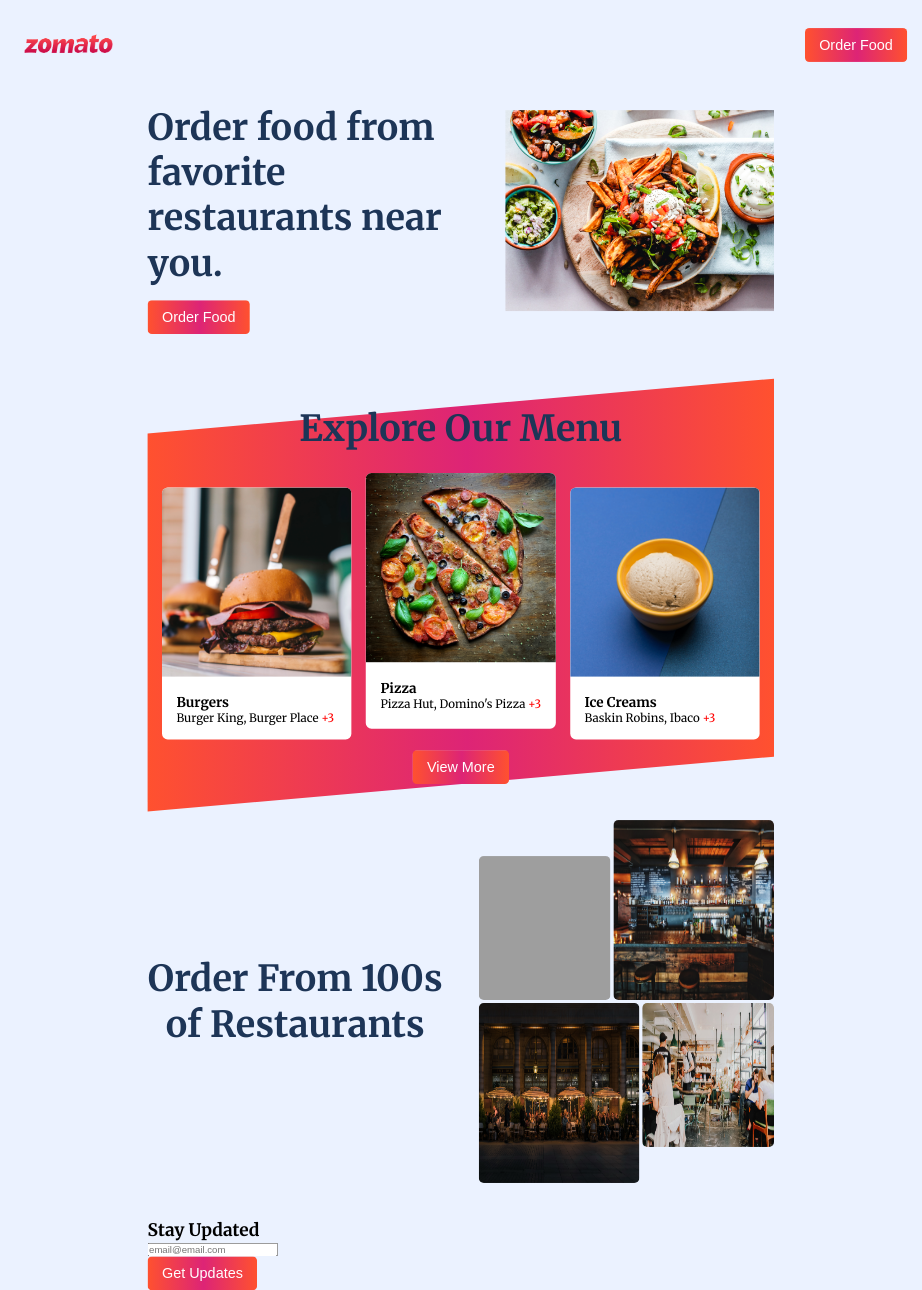
Repository: srush-shah/LandingPage-Project-ShapeAI
Page: index.html
The author's editor kept a copy of each file at every save. The page is drawn from the files as they stood at one save, then again after the next save.
The browser window is 1280 px wide. The pictures show the whole page, at 72% of full size.
Pictures or frames that could not be fetched are drawn as grey boxes.

Above is the page before, as saved 2021-09-21 18:16:12.

After the next save:
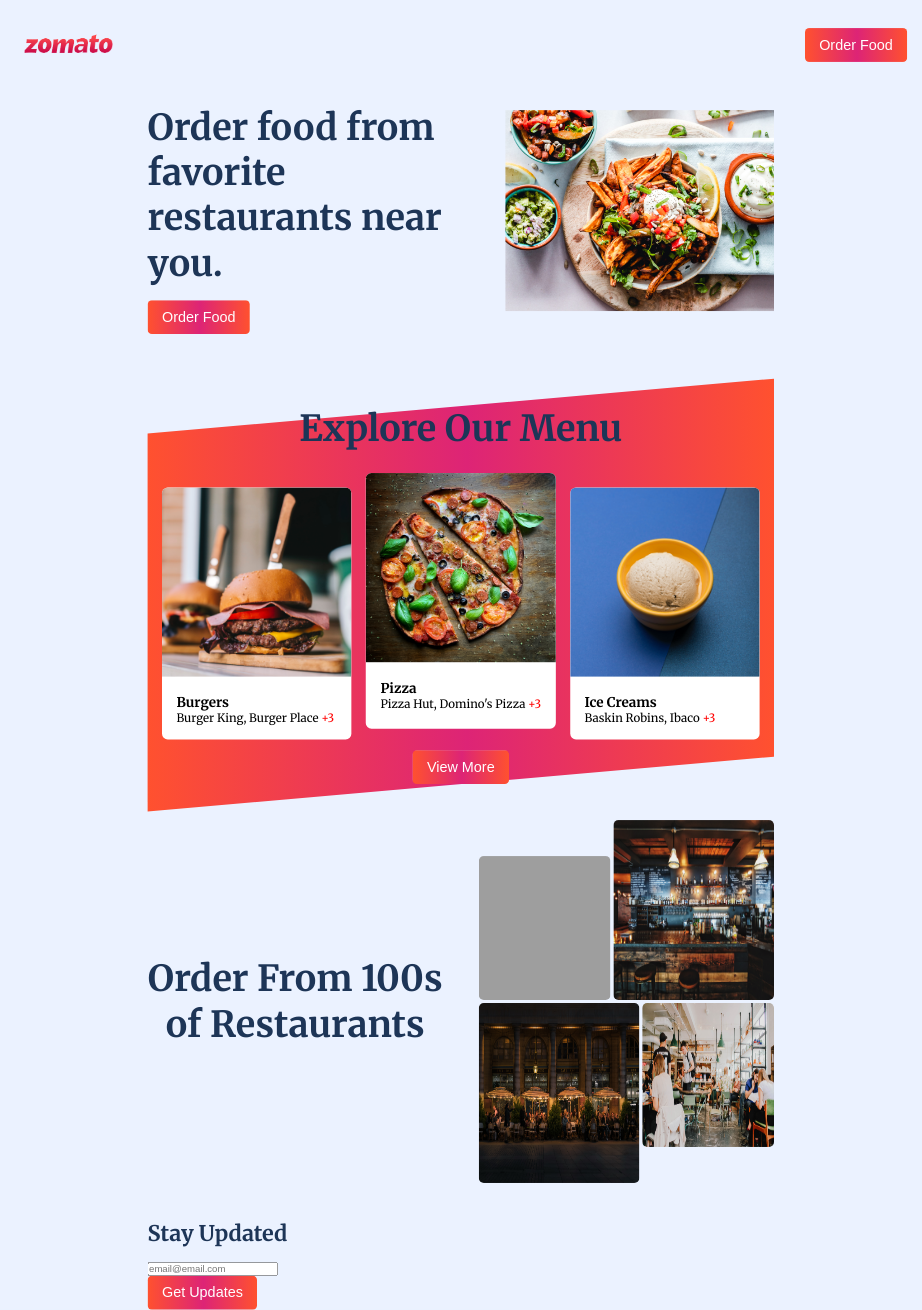
Saved 18 s later.
--- a/style.css
+++ b/style.css
@@ -151,7 +151,9 @@
 }
 
 .subscribe-text {
-
+  font-size: 30px;
+  color: #1d3557;
+  margin: 20px 0;
 }
 
 @media (min-width: 768px) {
